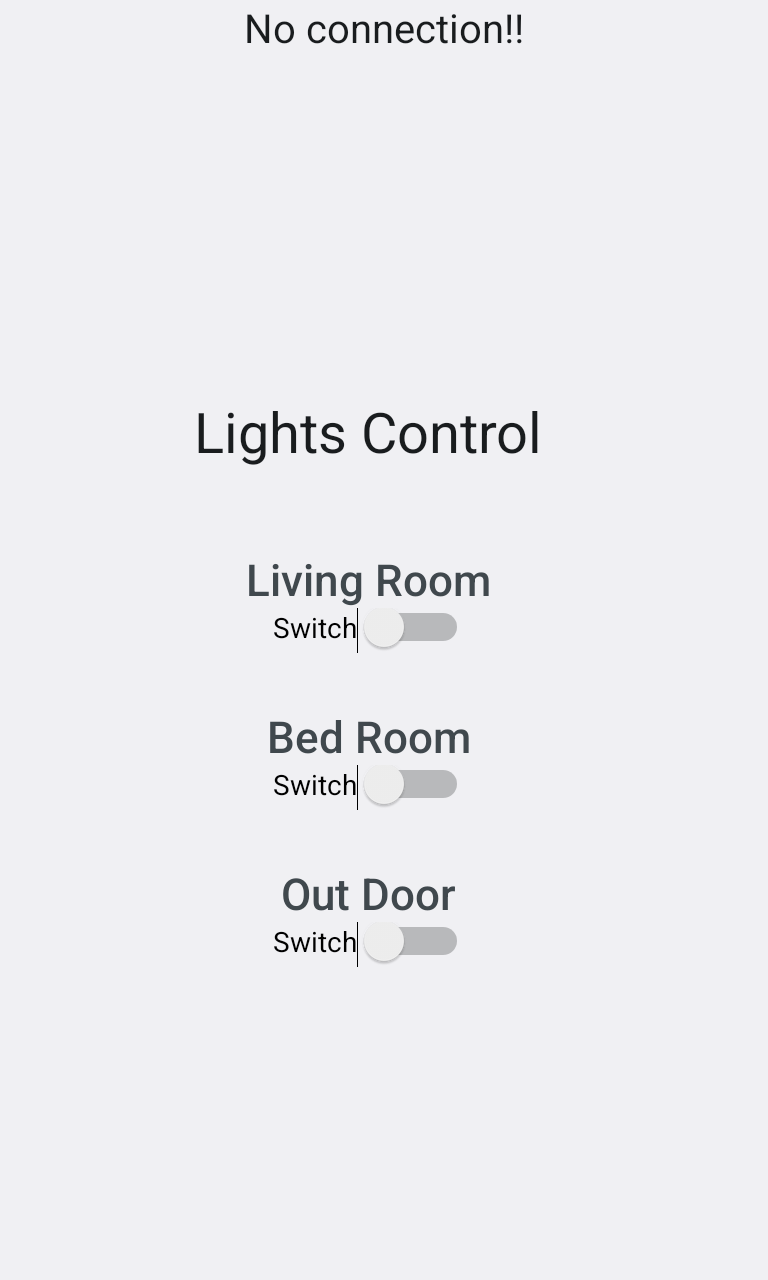
Repository: Teketel/hujeManiita
Layout: workspace/android/Besso/res/layout/control_activity.xml
An editor plug-in stored every save of this project. The layout is shown before and after the next save, followed by the edit.
It is drawn on a 768 x 1280 px phone screen (xhdpi) without system bars, with theme AppTheme; the app's code is not run.

Above is the layout before, as saved 2013-05-19 22:42:33.

### workspace/android/Besso/res/layout/control_activity.xml
<?xml version="1.0" encoding="utf-8"?>
<LinearLayout xmlns:android="http://schemas.android.com/apk/res/android"
    android:layout_width="fill_parent"
    android:layout_height="wrap_content"
    android:orientation="vertical" >

    <TextView
        android:id="@+id/noConntextView"
        android:layout_width="fill_parent"
        android:layout_height="wrap_content"
        android:gravity="center"
        android:paddingBottom="40dp"
        android:text="No connection!!"
        android:textAppearance="?android:attr/textAppearanceLarge"
        android:textSize="20dp" />

    <LinearLayout
        android:layout_width="fill_parent"
        android:layout_height="fill_parent"
        android:gravity="center"
        android:orientation="vertical"
        android:paddingLeft="5dp"
        android:paddingRight="20dp" >

        <TextView
            android:id="@+id/textView1"
            android:layout_width="wrap_content"
            android:layout_height="wrap_content"
            android:gravity="center"
            android:paddingBottom="40dp"
            android:text="Lights Control"
            android:textAppearance="?android:attr/textAppearanceLarge"
            android:textSize="28dp" />

        <TextView
            android:id="@+id/userTextView"
            android:layout_width="wrap_content"
            android:layout_height="wrap_content"
            android:text="Living Room"
            android:textAppearance="?android:attr/textAppearanceMedium"
            android:textSize="22dp" />

        <Switch
            android:id="@+id/living_room_swch"
            android:layout_width="wrap_content"
            android:layout_height="wrap_content"
            android:paddingBottom="30dp"
            android:text="Switch" />

        <TextView
            android:id="@+id/emailTextView"
            android:layout_width="wrap_content"
            android:layout_height="wrap_content"
            android:text="Bed Room"
            android:textAppearance="?android:attr/textAppearanceMedium"
            android:textSize="22dp" />

        <Switch
            android:id="@+id/bed_room_swch"
            android:layout_width="wrap_content"
            android:layout_height="wrap_content"
            android:paddingBottom="30dp"
            android:text="Switch" />

        <TextView
            android:id="@+id/ipTextView"
            android:layout_width="wrap_content"
            android:layout_height="wrap_content"
            android:text="Out Door"
            android:textAppearance="?android:attr/textAppearanceMedium"
            android:textSize="22dp" />

        <Switch
            android:id="@+id/out_door_swch"
            android:layout_width="wrap_content"
            android:layout_height="wrap_content"
            android:paddingBottom="30dp"
            android:text="Switch" />
    </LinearLayout>

</LinearLayout>

Loaded but not shown: workspace/android/Besso/res/values/styles.xml (common file); workspace/android/Besso/res/values-v11/styles.xml (common file)

After the next save:
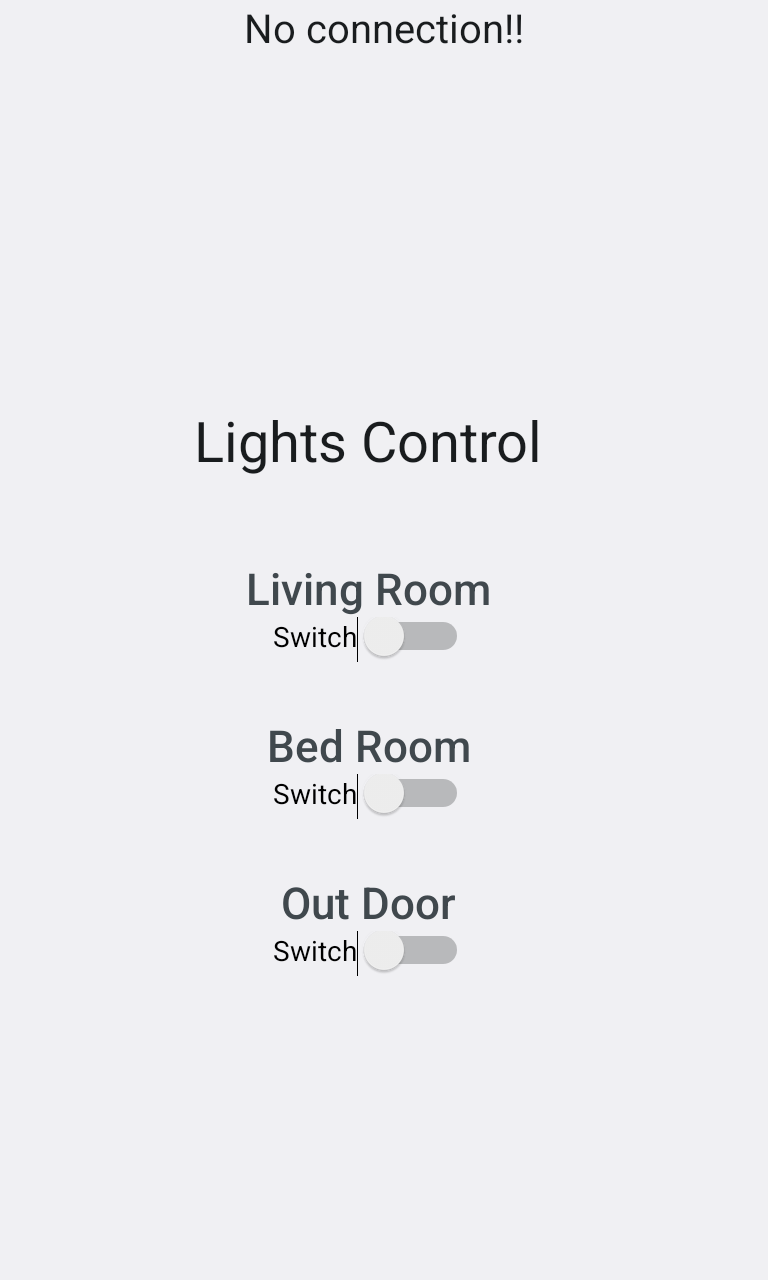
Saved 42 s later.
--- a/workspace/android/Besso/res/layout/control_activity.xml
+++ b/workspace/android/Besso/res/layout/control_activity.xml
@@ -9,7 +9,7 @@
         android:layout_width="fill_parent"
         android:layout_height="wrap_content"
         android:gravity="center"
-        android:paddingBottom="40dp"
+        android:paddingBottom="49dp"
         android:text="No connection!!"
         android:textAppearance="?android:attr/textAppearanceLarge"
         android:textSize="20dp" />
